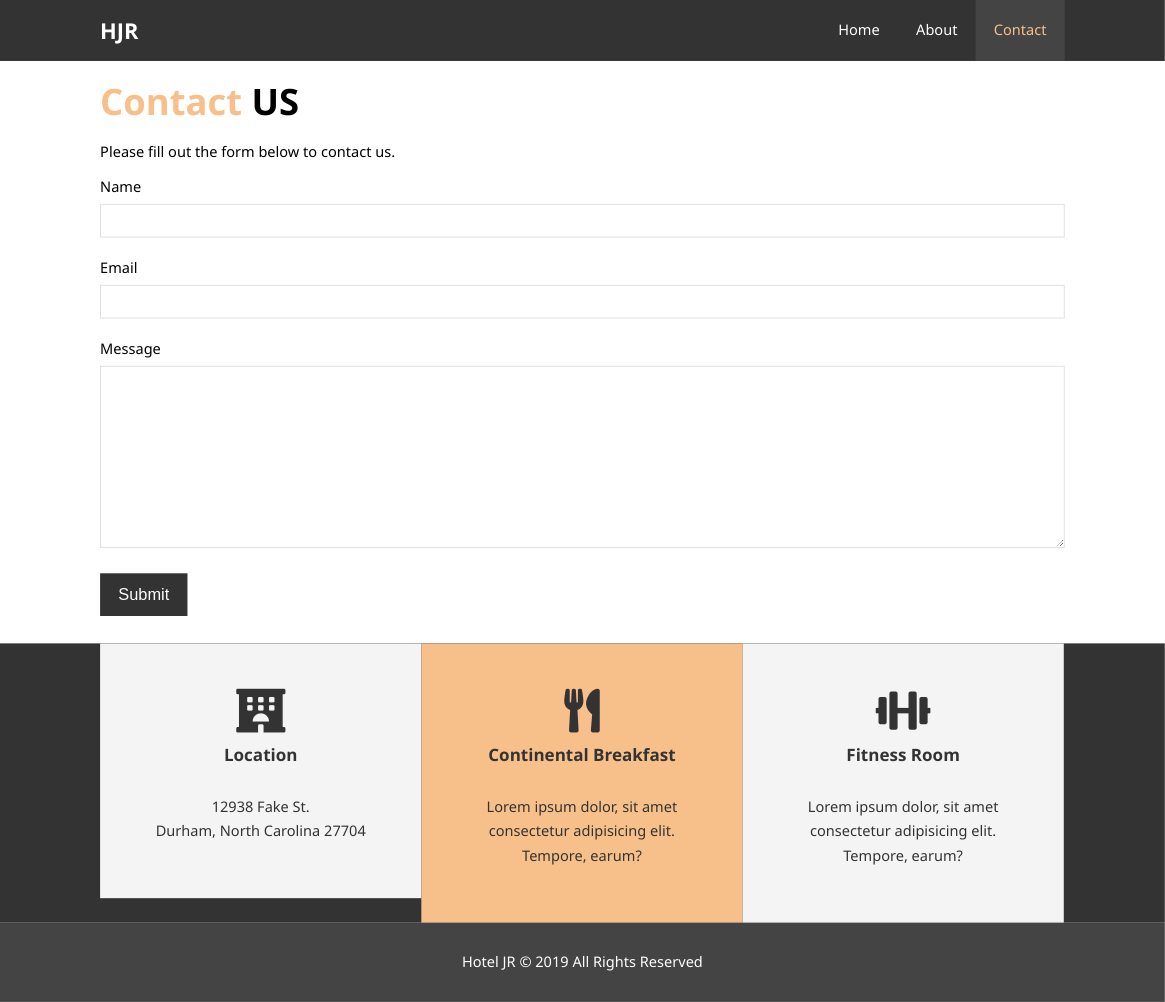
Repository: dimlutine/Hotel-Project
Page: contact.html
The author's editor kept a copy of each file at every save. The page is drawn from the files as they stood at one save, then again after the next save.
The browser window is 1280 px wide. The pictures show the whole page, at 91% of full size.
Some web libraries are served in a nearby version.

Above is the page before, as saved 2019-07-05 23:16:54.

### contact.html
<!DOCTYPE html>
<html lang="en">

<head>
    <meta charset="UTF-8">
    <meta name="viewport" content="width=device-width, initial-scale=1.0">
    <meta http-equiv="X-UA-Compatible" content="ie=edge">
    <meta name="description" content="Welcome to the neatest hotel in Durham, North Carolina!">
    <meta name="keywords" content="hotel,durham hotel, north carolina hotel, rdu hotel">
    <link rel="stylesheet" href="https://use.fontawesome.com/releases/v5.6.1/css/all.css" integrity="sha384-gfdkjb5BdAXd+lj+gudLWI+BXq4IuLW5IT+brZEZsLFm++aCMlF1V92rMkPaX4PP" crossorigin="anonymous">
    <link rel="stylesheet" href="css/style.css">
    <title>Hotel JR | Contact</title>
</head>

<body>
    <header>
        <nav id="navbar">
            <div class="container">
                <h1 class="logo"><a href="index.html">HJR</a></h1>
                <ul>
                    <li><a href="index.html">Home</a></li>
                    <li><a href="about.html">About</a></li>
                    <li><a class="current" href="contact.html">Contact</a></li>
                </ul>
            </div>

        </nav>

    </header>
    <section id="contact-form" class="py-3">
        <div class="container">
            <h1 class="l-heading">
                <span class="text-primary">Contact</span> US
            </h1>
            <p>Please fill out the form below to contact us.</p>
            <form action="process.php">
                <div class="form-group">
                    <label for="name">Name</label>
                    <input type="text" name="name" id="name">
                </div>
                <div class="form-group">
                    <label for="email">Email</label>
                    <input type="email" name="email" id="email">
                </div>
                <div class="form-group">
                    <label for="message">Message</label>
                    <textarea name="message" id="message"></textarea>
                </div>
                <button type="submit" class="btn">Submit</button>
            </form>
        </div>
    </section>
    <section id="contact-info" class="bg-dark">
        <div class="container">
            <div class="box bg-light">
                <i class="fas fa-hotel fa-3x"></i>
                <h3>Location</h3>
                <p>12938 Fake St.<br>Durham, North Carolina 27704</p>
            </div>
            <div class="box bg-primary">
                <i class="fas fa-utensils fa-3x"></i>
                <h3>Continental Breakfast</h3>
                <p>Lorem ipsum dolor, sit amet consectetur adipisicing elit. Tempore, earum?</p>
            </div>
            <div class="box bg-light">
                <i class="fas fa-dumbbell fa-3x"></i>
                <h3>Fitness Room</h3>
                <p>Lorem ipsum dolor, sit amet consectetur adipisicing elit. Tempore, earum?</p>
            </div>
        </div>
    </section>
    <footer id="main-footer">
        <p>Hotel JR &copy; 2019 All Rights Reserved</p>
    </footer>
</body>

</html>

### css/style.css
* {
    padding: 0;
    margin: 0;
    box-sizing: border-box;
}

html,
body {
    font-family: 'Segoe UI', 'Segoe UI', Tahoma, Geneva, Verdana, sans-serif;
    line-height: 1.7em;
}

a {
    color: #333;
    text-decoration: none;
}

h1,
h2,
h3 {
    padding-bottom: 20px;
}

p {
    margin: 10px 0;
}


/* Utilities */

.container {
    margin: auto;
    max-width: 1100px;
    overflow: auto;
    padding: 0 20px;
}

.text-primary {
    color: #f7c08a;
}

.lead {
    font-size: 20px;
}

.btn {
    display: inline-block;
    font-size: 18px;
    color: #fff;
    background: #333;
    padding: 13px 20px;
    border: none;
    cursor: pointer;
}

.btn:hover {
    background: #f7c08a;
    color: #333;
}

.btn-light {
    background: #f4f4f4;
    color: #333;
}

.bg-dark {
    background: #333;
    color: #fff;
}

.bg-light {
    background: #f4f4f4;
    color: #333;
}

.bg-primary {
    background: #f7c08a;
    color: #333;
}

.clr {
    clear: both;
}

.l-heading {
    font-size: 40px;
}


/* Padding */

.py-1 {
    padding: 10px 0;
}

.py-2 {
    padding: 20px 0;
}

.py-3 {
    padding: 30px 0;
}

#navbar {
    background: #333;
    color: #fff;
    overflow: auto;
}

#navbar a {
    color: #fff;
}

#navbar h1 {
    float: left;
    padding-top: 20px;
}

#navbar ul {
    float: right;
    list-style: none;
}

#navbar ul li {
    float: left;
}

#navbar ul li a {
    display: block;
    padding: 20px;
    text-align: center;
}

#navbar ul li a:hover,
#navbar ul li a.current {
    background: #444;
    color: #f7c08a;
}


/* Showcase */

#showcase {
    background: url('../img/showcase.jpg') no-repeat center center/cover;
    height: 600px;
}

#showcase .showcase-content {
    color: #fff;
    text-align: center;
    padding-top: 170px;
}

#showcase .showcase-content h1 {
    font-size: 60px;
    line-height: 1.2em;
}

#showcase .showcase-content p {
    padding-bottom: 20px;
    line-height: 1.7em;
}


/* Home Info */

#home-info {
    height: 400px;
}

#home-info .info-img {
    float: left;
    width: 50%;
    background: url('../img/photo-1.jpg') no-repeat;
    min-height: 100%;
}

#home-info .info-content {
    float: right;
    width: 50%;
    height: 100%;
    text-align: center;
    padding: 50px 30px;
    overflow: hidden;
}

#home-info .info-content p {
    padding-bottom: 30px;
}


/*Features*/

.box {
    float: left;
    width: 33.3%;
    padding: 50px;
    text-align: center;
}

.box i {
    margin-bottom: 10px;
}


/* About Info*/

#about-info .info-right {
    float: right;
    width: 50%;
    min-height: 100%;
}

#about-info .info-right img {
    width: 70%;
    display: block;
    margin: auto;
    border-radius: 50%;
}

#about-info .info-left {
    float: left;
    width: 50%;
    min-height: 100%;
}


/* Testimonials */

#testimonials h2 {
    color: #fff;
    text-align: center;
    padding-bottom: 40px;
}

#testimonials {
    height: 600px;
    background: url('../img/test-bg.jpg') no-repeat center center/cover;
    padding-top: 100px;
}

#testimonials .testimonial {
    padding: 20px;
    margin-bottom: 40px;
    border-radius: 5px;
    opacity: .85;
}

#testimonials .testimonial img {
    width: 100px;
    float: left;
    margin-right: 20px;
    border-radius: 50%;
}


/* Contact Form */

#contact-form .form-group {
    margin-bottom: 20px;
}

#contact-form label {
    display: block;
    margin-bottom: 5px;
}

#contact-form input,
#contact-form textarea {
    width: 100%;
    padding: 10px;
    border: 1px #ddd solid;
}

#contact-form textarea {
    height: 200px;
}

#contact-form input:focus,
#contact-form textarea:focus {
    outline: none;
    border-color: #f7c08a;
}


/* Footer */

#main-footer {
    text-align: center;
    background: #444;
    color: #fff;
    padding: 20px;
}

After the next save:
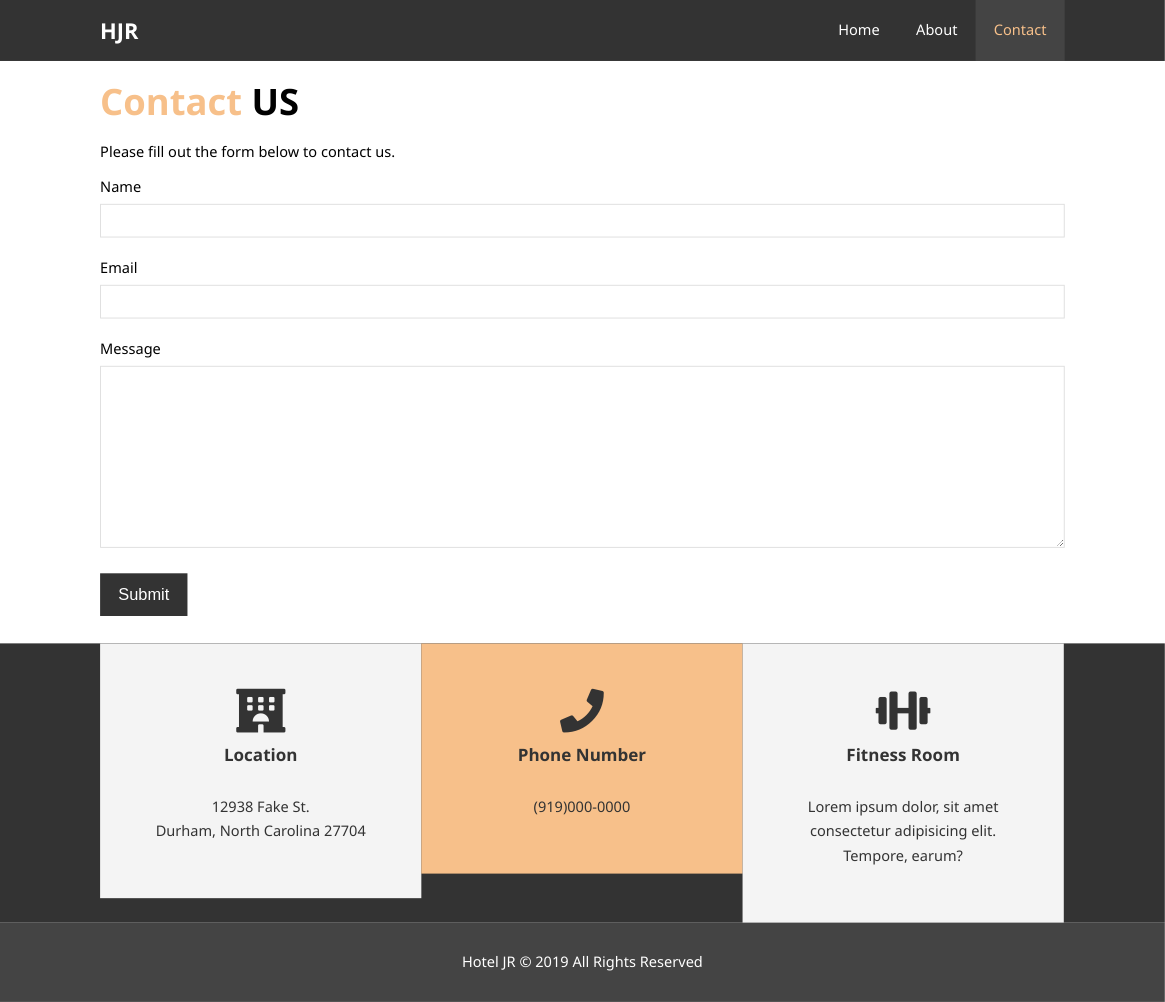
Saved 39 s later.
--- a/contact.html
+++ b/contact.html
@@ -58,9 +58,9 @@
                 <p>12938 Fake St.<br>Durham, North Carolina 27704</p>
             </div>
             <div class="box bg-primary">
-                <i class="fas fa-utensils fa-3x"></i>
-                <h3>Continental Breakfast</h3>
-                <p>Lorem ipsum dolor, sit amet consectetur adipisicing elit. Tempore, earum?</p>
+                <i class="fas fa-phone fa-3x"></i>
+                <h3>Phone Number</h3>
+                <p>(919)000-0000</p>
             </div>
             <div class="box bg-light">
                 <i class="fas fa-dumbbell fa-3x"></i>
